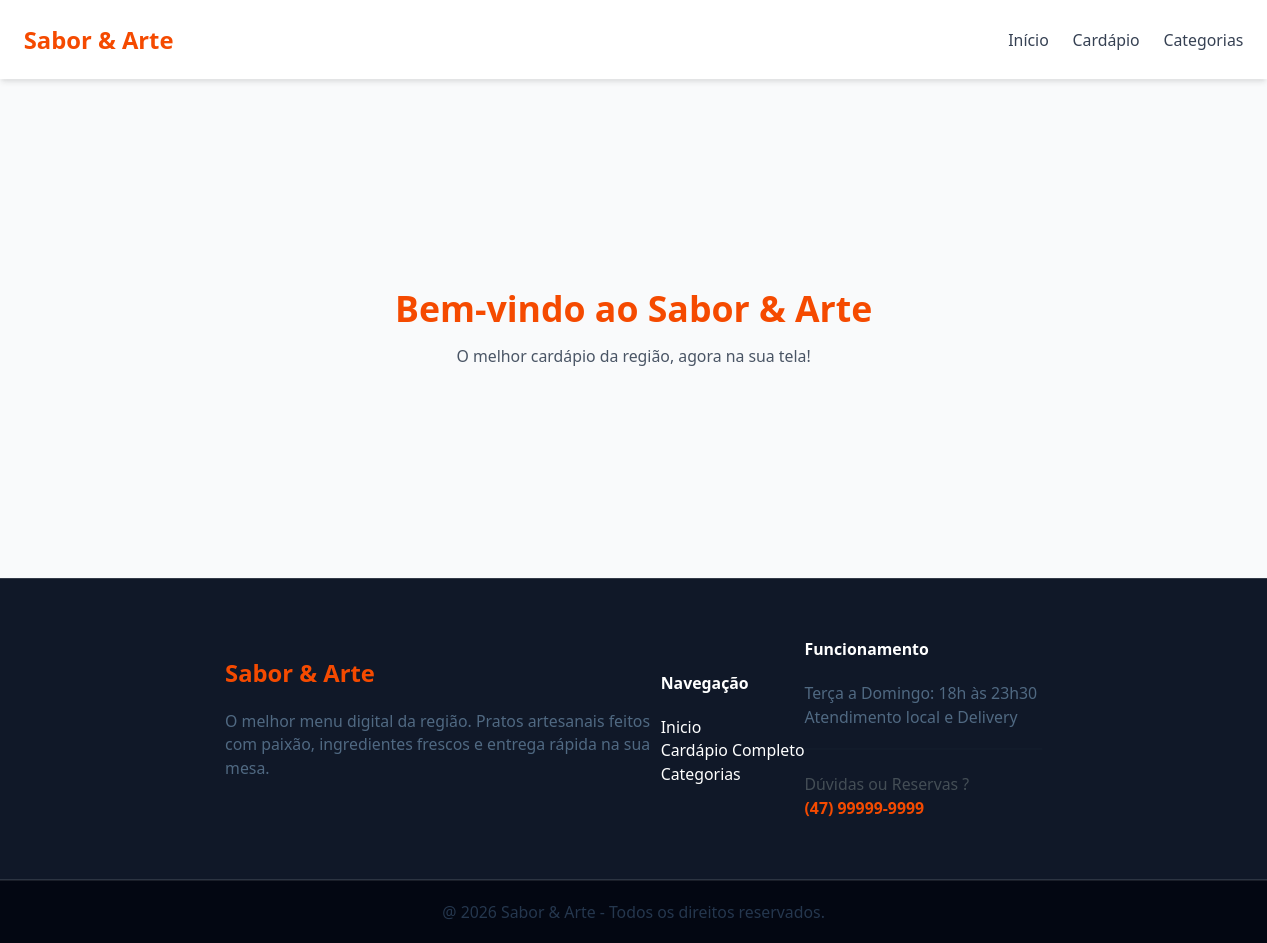
Repository: DiegoWWeege/pair-programming-next-js
Page: / (app in next-js-project/)
These files come from the project's save history. The page is drawn as it stood at one moment and after the next save; the edit follows.
The browser window is 1280 px wide. The pictures show the whole page, at 99% of full size.
The project was rebuilt for these pictures with package versions that can differ from the ones it lists, and the page was loaded fresh each time. The framework's server and built-in components were replaced by stand-ins that run in the browser. Also part of the build but not shown: next-js-project/next.config.ts.

Above is the page before, as saved 2026-09-18 19:03:27.

After the next save:
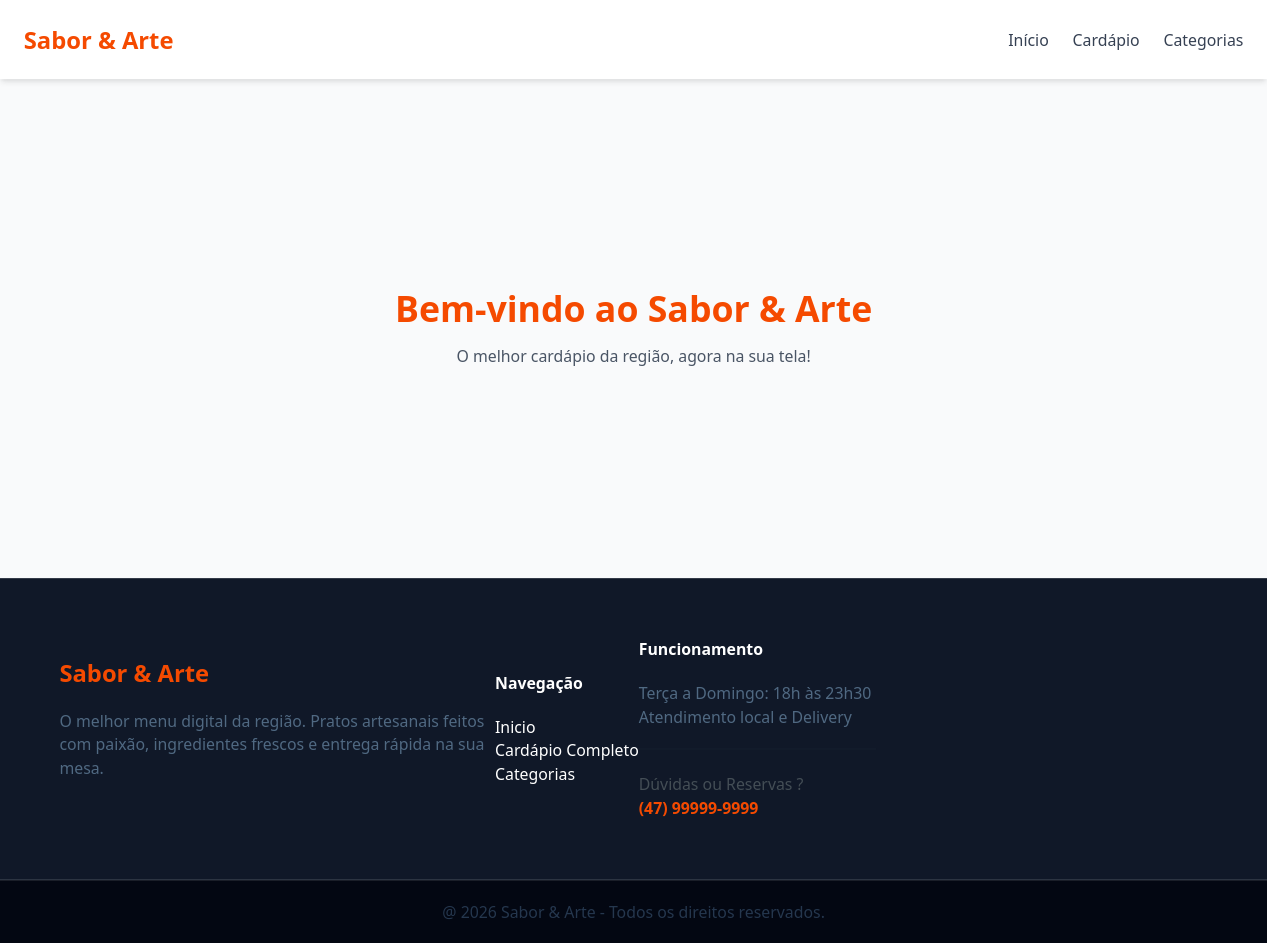
Saved 7 s later.
--- a/next-js-project/src/components/Footer.tsx
+++ b/next-js-project/src/components/Footer.tsx
@@ -5,7 +5,7 @@ export default function Footer(){
     return(
 
         <footer>
-           <div className="flex flex-cols-3 items-center justify-center space-around bg-[#101828] p-15">
+           <div className="flex flex-cols-3 items-center space-around bg-[#101828] p-15">
                 <div>
                     <h2 className="font-bold text-orange-600 text-2xl mb-5 ">
                         Sabor & Arte
